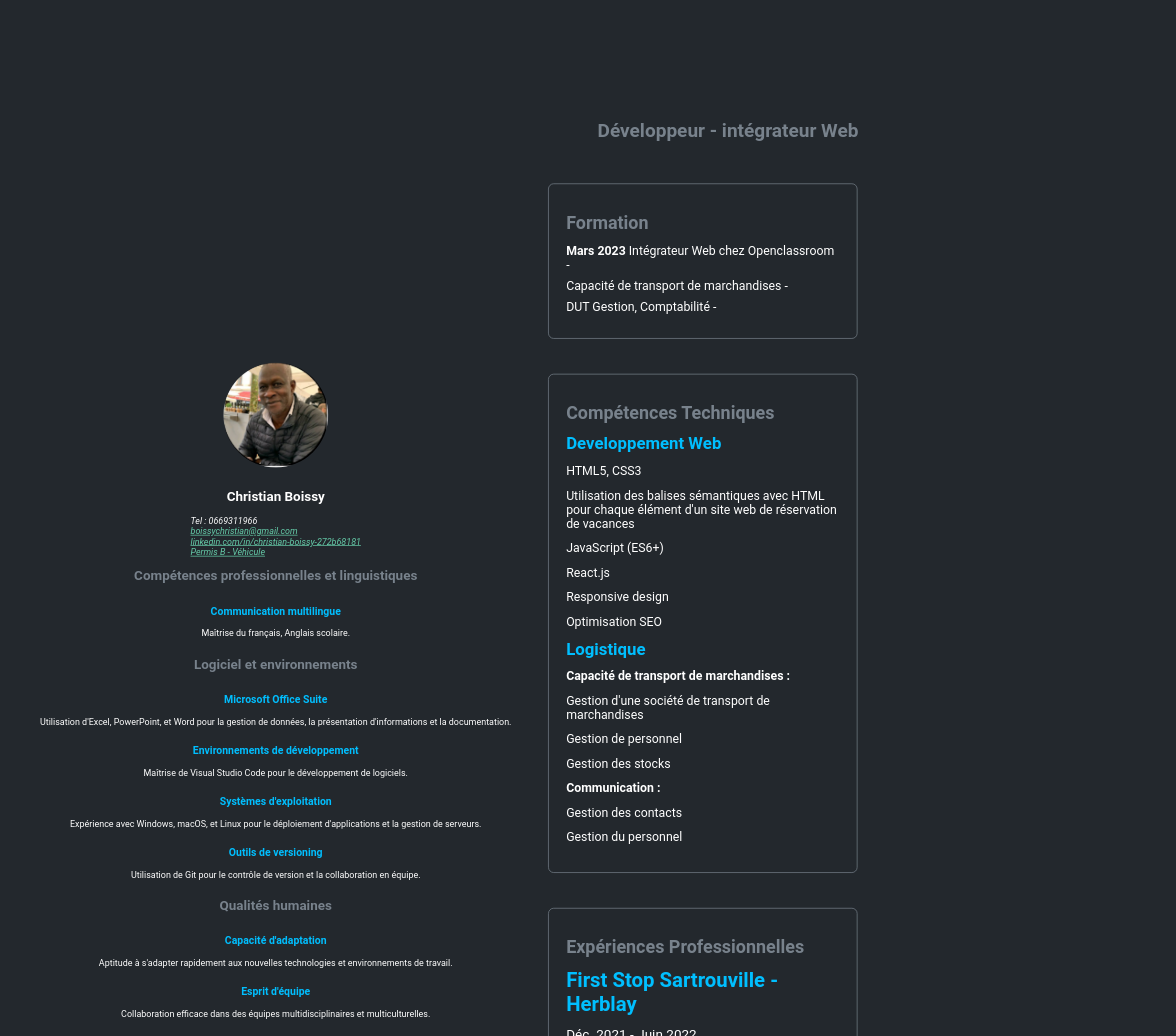
Repository: Christian121966/cv-logistique
Page: /
An editor plug-in stored every save of this project. The page is shown before and after a run of saves, followed by the edit.
The browser window is 1280 px wide. The page is 1680 px wide, so the pictures cover 1680 px, including what lies to the right of the window. The pictures show the part of the page from y = 0 to 1480 px (the page is 2177 px tall before and 2252 px after), at 70% of full size.
The project was rebuilt for these pictures with package versions that can differ from the ones it lists, and the page was loaded fresh each time.

Above is the page before, as saved 2024-07-27 19:02:43.

After the next 5 saves:
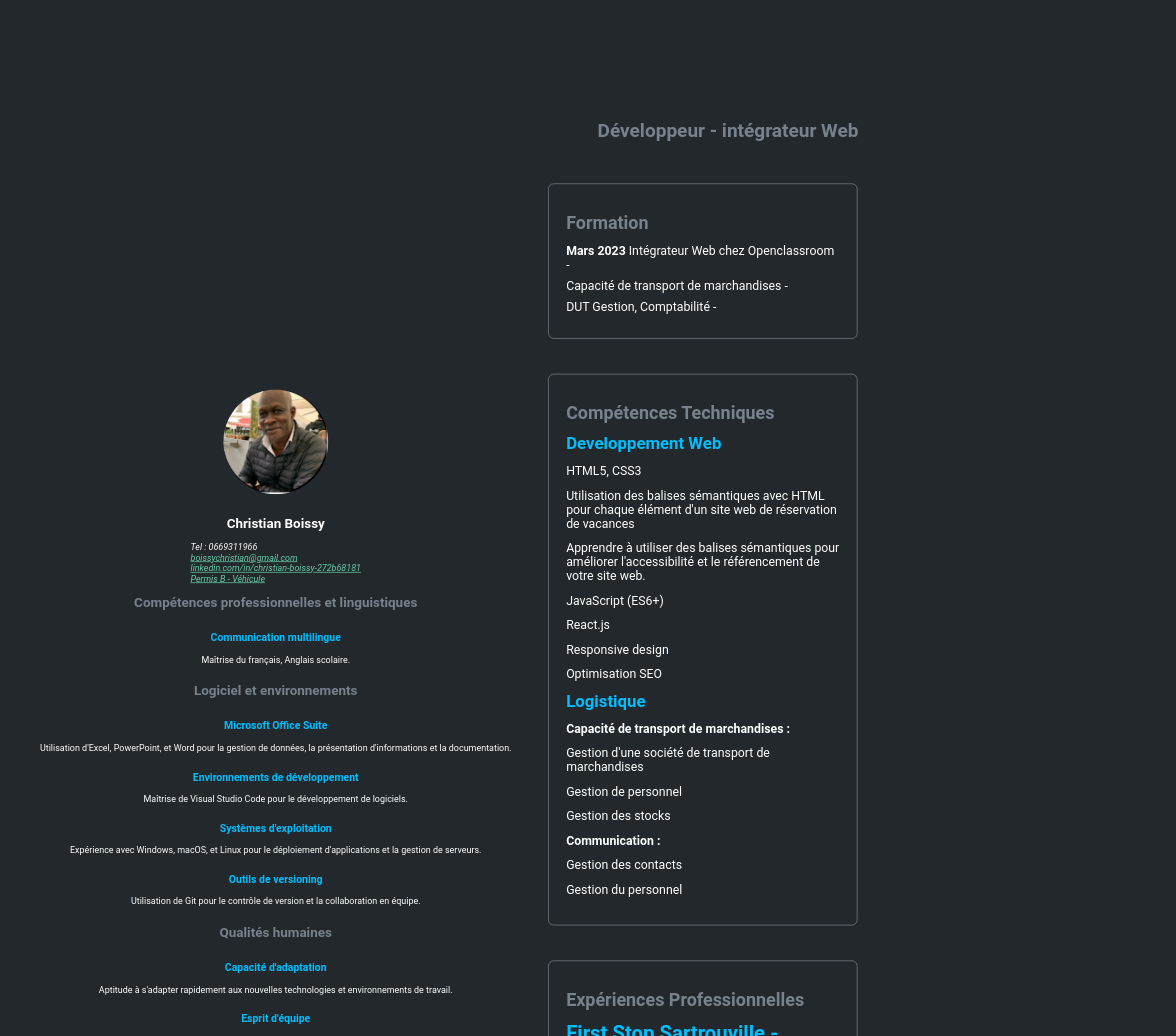
The 5 saves are shown as one change because 2 did not build or start and some came seconds apart.
The last was saved 52 s later.
--- a/src/data/cvData.js
+++ b/src/data/cvData.js
@@ -16,6 +16,7 @@ const cvData = {
       developpementWeb: [
         "HTML5, CSS3",
         "Utilisation des balises sémantiques avec HTML pour chaque élément d'un site web de réservation de vacances",
+        "Apprendre à utiliser des balises sémantiques pour améliorer l\'accessibilité et le référencement de votre site web.",
         "JavaScript (ES6+)",
         "React.js",
         "Responsive design",
